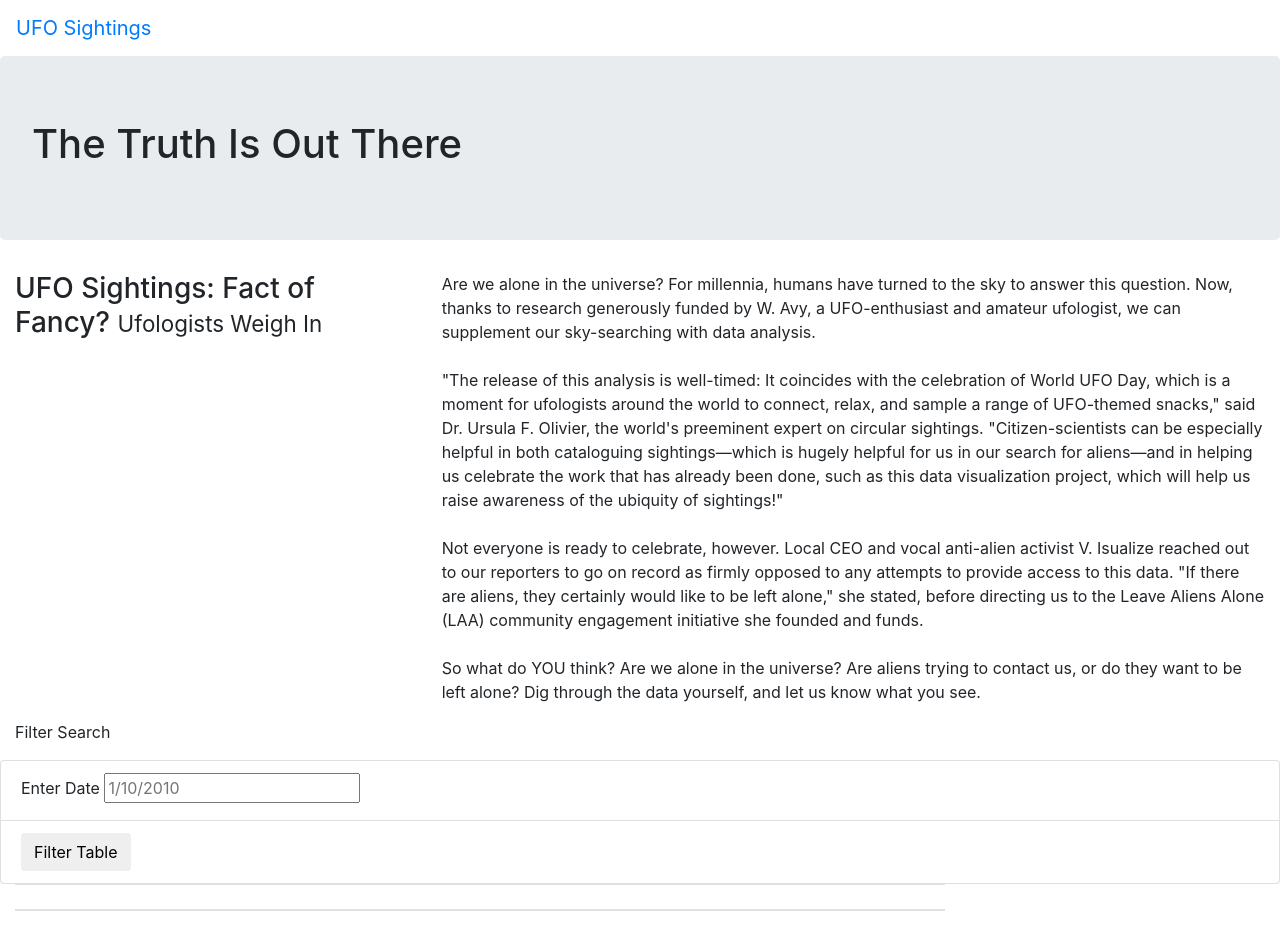
Repository: PaddyHQ/UFOs
Page: index.html
These files come from the project's save history. The page is drawn as it stood at one moment and after the next save; the edit follows.
The browser window is 1280 px wide. The pictures show the whole page.

Above is the page before, as saved 2022-02-02 21:26:55.

After the next save:
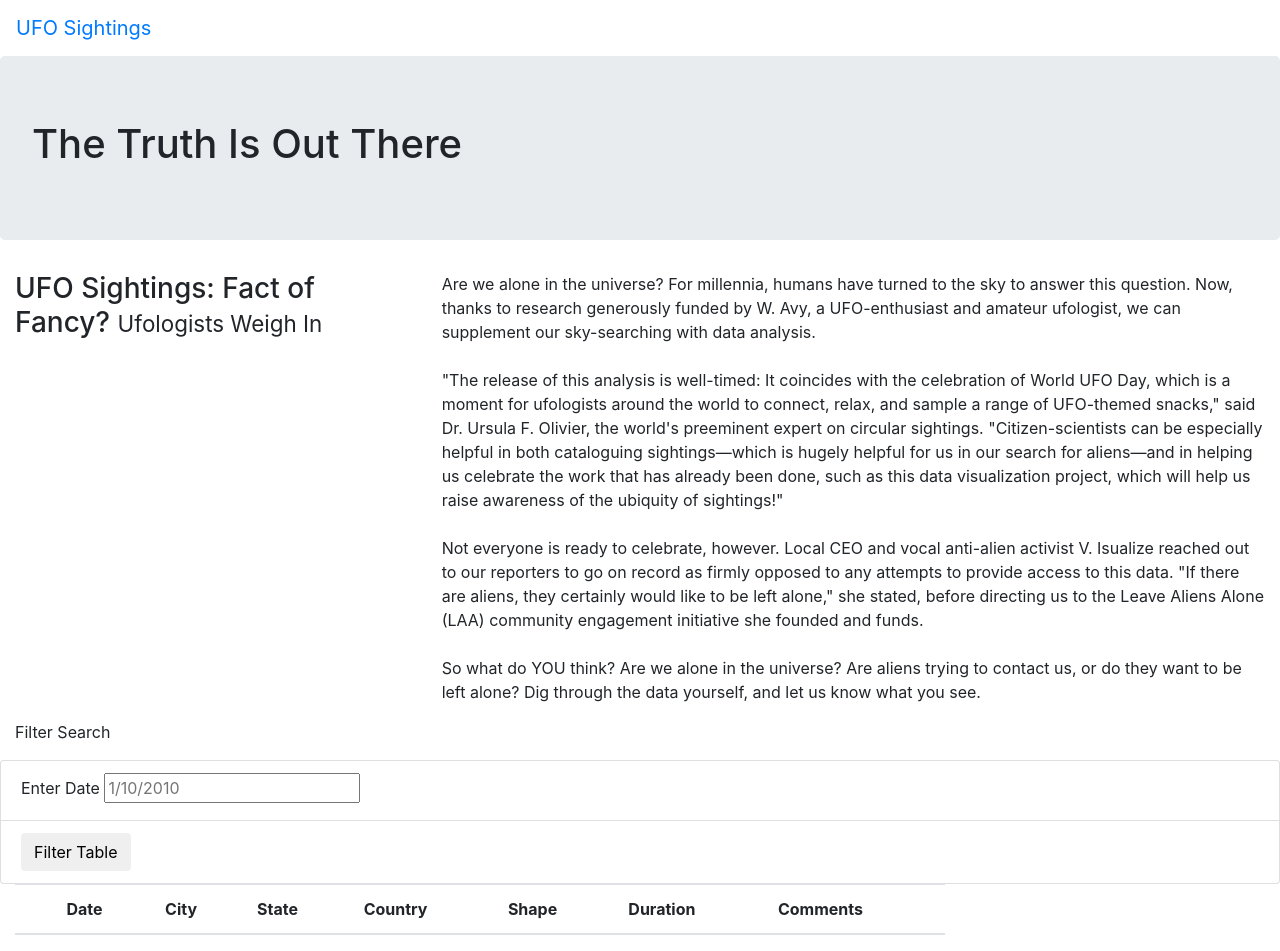
Saved 95 s later.
--- a/index.html
+++ b/index.html
@@ -60,7 +60,15 @@
         <table class="table table-striped">
           <thead>
             <tr>
-              <th></th>
+            <th>
+                <th>Date</th>
+                <th>City</th>
+                <th>State</th>
+                <th>Country</th>
+                <th>Shape</th>
+                <th>Duration</th>
+                <th>Comments</th>
+            </th>
             </tr>
           </thead>
           <tbody></tbody>
